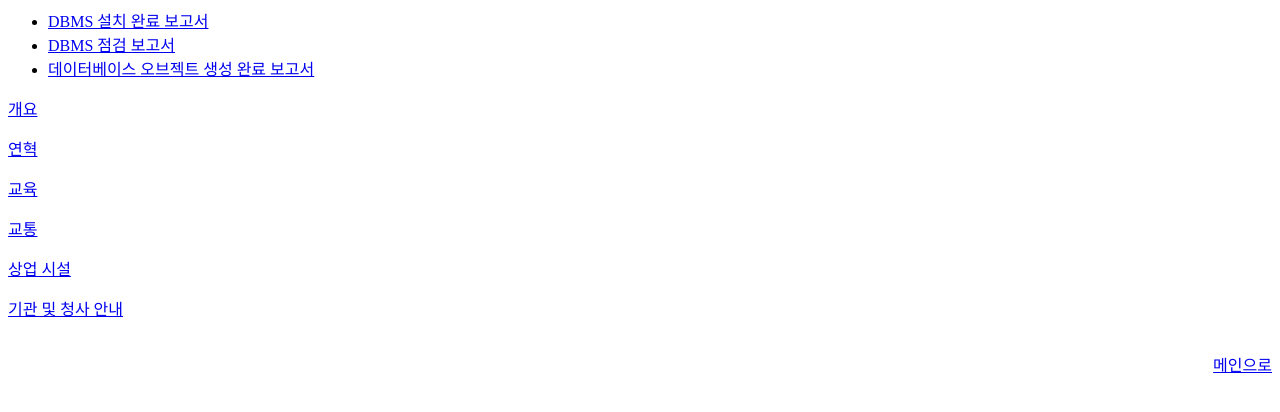
Repository: joon14/NB_pro01
Page: http://localhost/pro01/menu.jsp
These files come from the project's save history. The page is drawn as it stood at one moment and after the next save; the edit follows.
The browser window is 1280 px wide. The pictures show the whole page.
The page is served by Tomcat 9. Other server files are loaded and not shown.

Above is the page before, as saved 2024-04-01 03:45:58.

### pro01/WebContent/menu.jsp
<%@ page language="java" contentType="text/html; charset=UTF-8"
    pageEncoding="UTF-8"%>
<nav id="gnb">
	<ul>
		<li>
			<a href="report01.html">DBMS 설치 완료 보고서</a>
		</li>
		<li>
			<a href="report02.jsp">DBMS 점검 보고서</a>
		</li>
		<li>
			<a href="report03.jsp">데이터베이스 오브젝트 생성 완료 보고서</a>
		</li>
	</ul>

	<p><a href="a.jsp">개요</a></p>
	<p><a href="education.jsp">연혁</a></p>
	<p><a href="trans.jsp">교육</a></p>
	<p><a href="a.jsp">교통</a></p>
	<p><a href="a.jsp">상업 시설</a></p>
	<p><a href="a.jsp">기관 및 청사 안내</a></p>

</nav>
<nav id="tnb" style="float:right;">
	<ul>
		<a href="index.jsp">메인으로</a>
	</ul>
</nav>

After the next save:
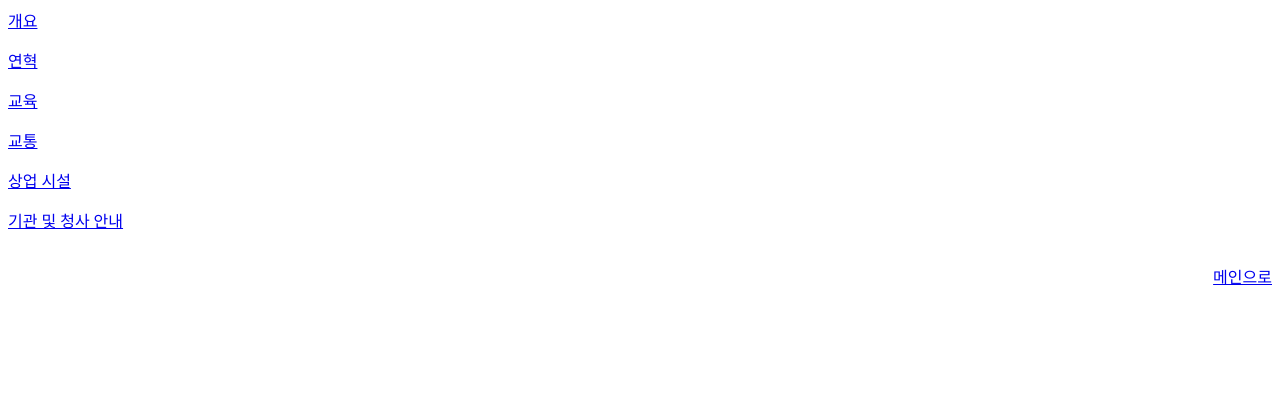
Saved 61 min 54 s later.
--- a/pro01/WebContent/menu.jsp
+++ b/pro01/WebContent/menu.jsp
@@ -1,18 +1,6 @@
 <%@ page language="java" contentType="text/html; charset=UTF-8"
     pageEncoding="UTF-8"%>
 <nav id="gnb">
-	<ul>
-		<li>
-			<a href="report01.html">DBMS 설치 완료 보고서</a>
-		</li>
-		<li>
-			<a href="report02.jsp">DBMS 점검 보고서</a>
-		</li>
-		<li>
-			<a href="report03.jsp">데이터베이스 오브젝트 생성 완료 보고서</a>
-		</li>
-	</ul>
-
 	<p><a href="a.jsp">개요</a></p>
 	<p><a href="education.jsp">연혁</a></p>
 	<p><a href="trans.jsp">교육</a></p>
